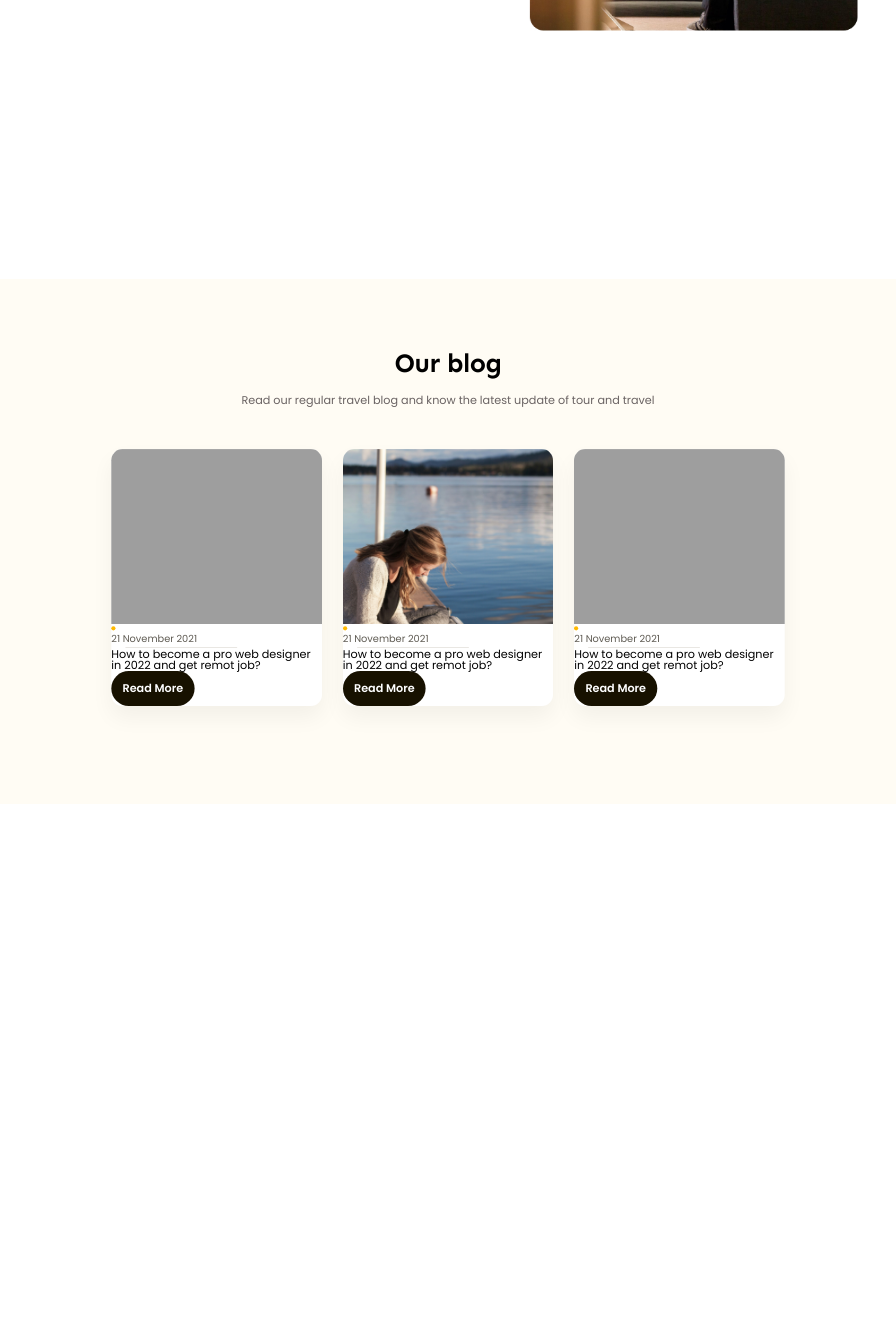
Repository: Toihoclaptrinh/duan1_figma
Page: index.html
These files come from the project's save history. The page is drawn as it stood at one moment and after the next save; the edit follows.
The browser window is 1280 px wide. The pictures show the part of the page from y = 3582 to 5502 px (the page is 10000 px tall), at 70% of full size.
Pictures or frames that could not be fetched are drawn as grey boxes.

Above is the page before, as saved 2024-02-17 03:42:43.

After the next save:
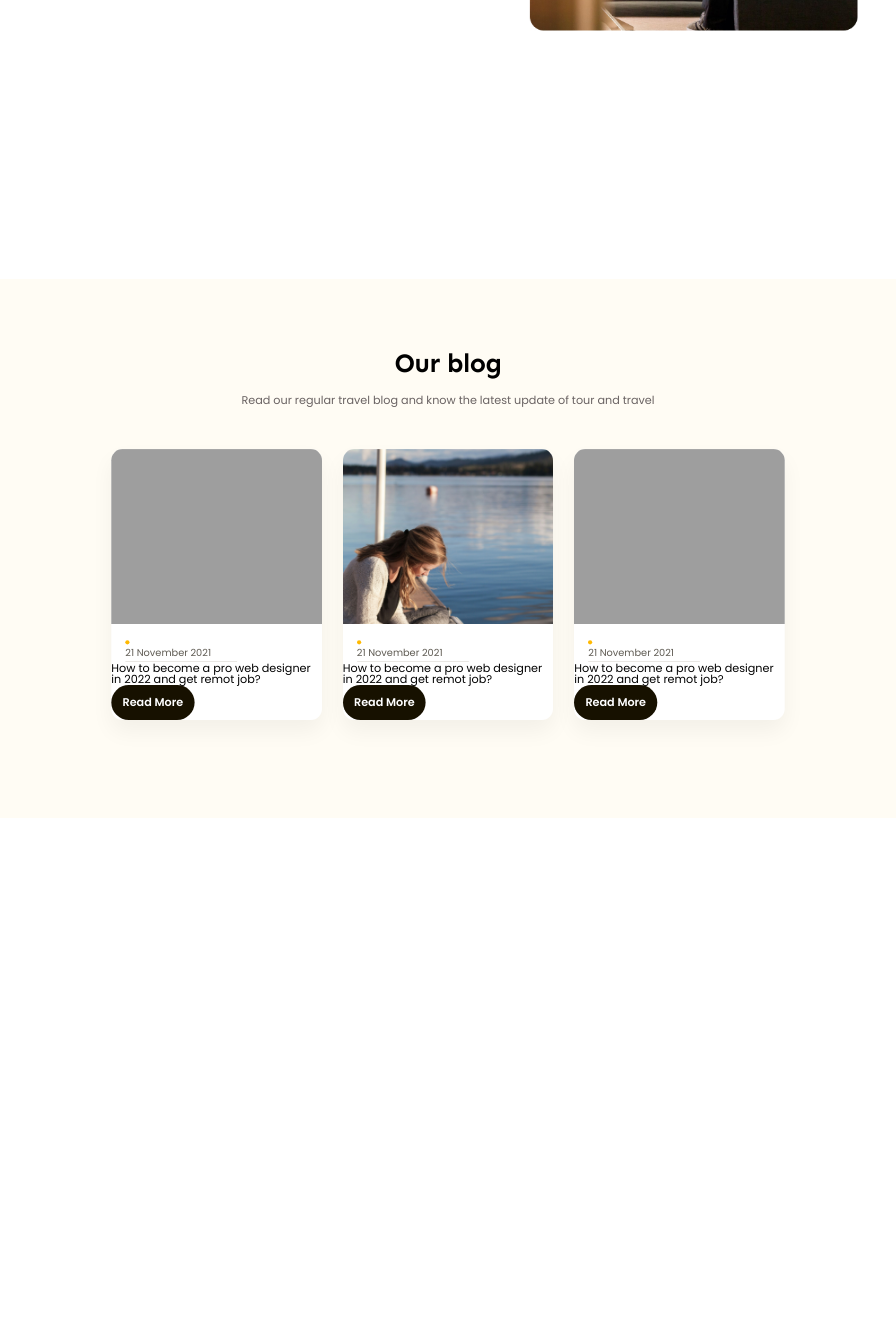
Saved 85 s later.
--- a/assets/css/style.css
+++ b/assets/css/style.css
@@ -642,6 +642,11 @@ a {
   position: relative;
 }
 
+.blog-item .blog-content .date-title {
+  margin-left: 20px;
+  margin-top: 20px;
+}
+
 .blog-item .blog-content .date::before {
   content: "";
   display: block;
